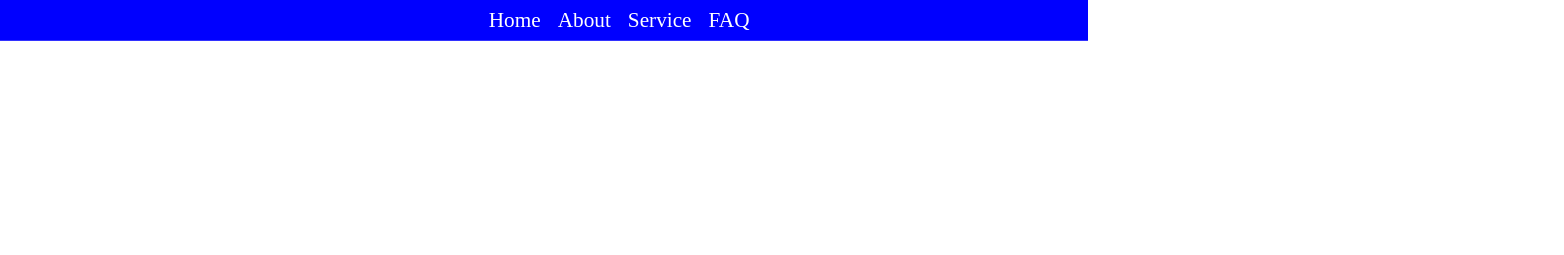
Repository: kenyi-mic/ugv-celender-ui
Page: /
These files come from the project's save history. The page is drawn as it stood at one moment and after the next save; the edit follows.
The browser window is 1280 px wide. The page is 1840 px wide, so the pictures cover 1840 px, including what lies to the right of the window. The pictures show the whole page, at 85% of full size.
The pointer rests on the first visible `li a`.
The project was rebuilt for these pictures with package versions that can differ from the ones it lists, and the page was loaded fresh each time.

Above is the page before, as saved 2021-06-09 10:40:10.

### public/index.html
<!DOCTYPE html>
<html lang="en">
  <head>
    <meta charset="utf-8" />
    <link rel="icon" href="%PUBLIC_URL%/favicon.ico" />
    <meta name="viewport" content="width=device-width, initial-scale=1" />
    <meta name="theme-color" content="#000000" />
    <meta
      name="description"
      content="Web site created using create-react-app"
    />

    <!--
      manifest.json provides metadata used when your web app is installed on a
      user's mobile device or desktop. See https://developers.google.com/web/fundamentals/web-app-manifest/
    -->
    <link rel="manifest" href="%PUBLIC_URL%/manifest.json" />
    <!--
      Notice the use of %PUBLIC_URL% in the tags above.
      It will be replaced with the URL of the `public` folder during the build.
      Only files inside the `public` folder can be referenced from the HTML.

      Unlike "/favicon.ico" or "favicon.ico", "%PUBLIC_URL%/favicon.ico" will
      work correctly both with client-side routing and a non-root public URL.
      Learn how to configure a non-root public URL by running `npm run build`.
    -->
    <title>React App</title>
  </head>
  <body>
    <noscript>You need to enable JavaScript to run this app.</noscript>
    <header id="winnie"></header>
    <!--
      This HTML file is a template.
      If you open it directly in the browser, you will see an empty page.

      You can add webfonts, meta tags, or analytics to this file.
      The build step will place the bundled scripts into the <body> tag.

      To begin the development, run `npm start` or `yarn start`.
      To create a production bundle, use `npm run build` or `yarn build`.
    -->
  </body>
</html>

### src/index.js
import React from "react";
import ReactDom from "react-dom";
import "./index.css";

//Without jsx
const myelement = (
  <div class="navbar">
    <ul>
      <li>
        <a href="https://">Home</a>
      </li>
      <li>
        <a href="https://">About</a>
      </li>
      <li>
        <a href="https://">Service</a>
      </li>
      <li>
        <a href="https://">FAQ</a>
      </li>
    </ul>
  </div>
);

ReactDom.render(myelement, document.getElementById("winnie"));

### src/index.css
/* index.js and index.html styles*/
* {
  margin: 0;
  padding: 0;
}
.navbar {
  padding: 5px 0px;
  background-color: blue;
}
ul {
  display: flex;
  list-style: none;
  padding: 5px;
  position: relative;
  left: 35rem;
}
li a {
  margin: 5px 10px;
  color: #fff;
  text-decoration: none;
  font-size: 25px;
  font-family: cursive;
}
li a::after {
  content: "";
  width: 0%;
  color: #fff;
}

li a:hover::after {
  color: grey;
  width: 100%;
}

### public/manifest.json
{
  "short_name": "React App",
  "name": "Create React App Sample",
  "icons": [
    {
      "src": "favicon.ico",
      "sizes": "64x64 32x32 24x24 16x16",
      "type": "image/x-icon"
    },
    {
      "src": "logo192.png",
      "type": "image/png",
      "sizes": "192x192"
    },
    {
      "src": "logo512.png",
      "type": "image/png",
      "sizes": "512x512"
    }
  ],
  "start_url": ".",
  "display": "standalone",
  "theme_color": "#000000",
  "background_color": "#043342"
}

After the next save:
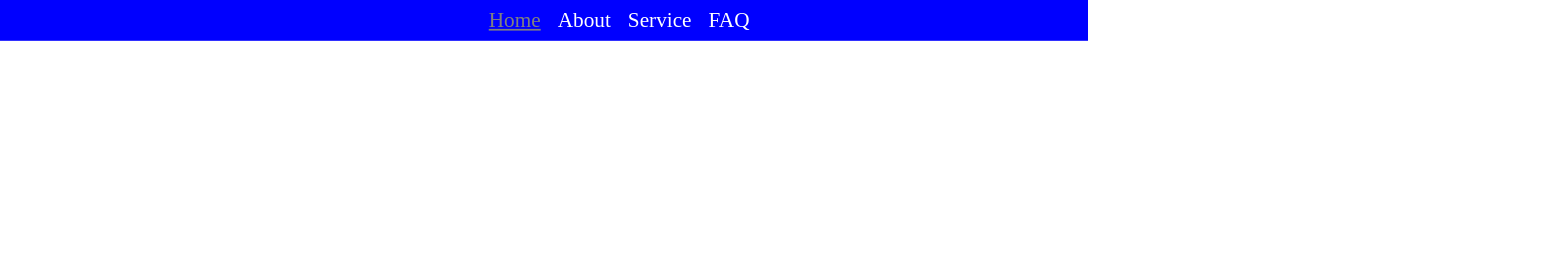
Saved 46 s later.
--- a/src/index.css
+++ b/src/index.css
@@ -27,7 +27,7 @@
   color: #fff;
 }
 
-li a:hover::after {
+li a:hover {
+  text-decoration: underline;
   color: grey;
-  width: 100%;
 }
